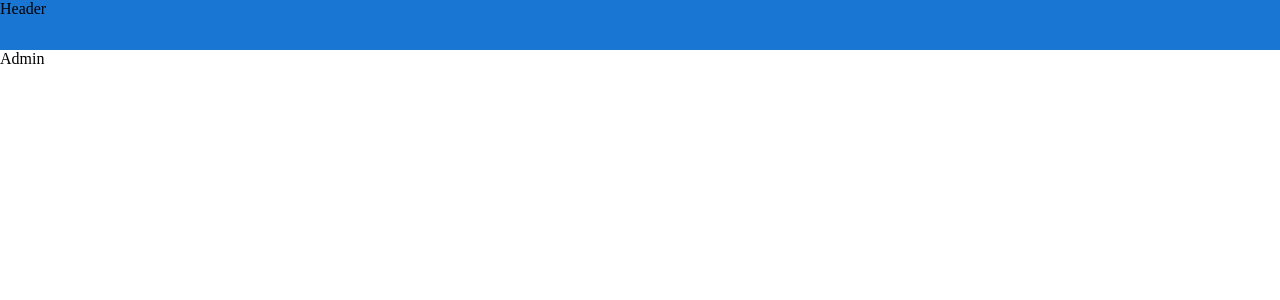
Repository: namphextra/portfolio
Page: /admin
The author's editor kept a copy of each file at every save. The page is drawn from the files as they stood at one save, then again after the next save.
The browser window is 1280 px wide. The pictures show the whole page.
The page's requests for data from a server got no answer. The project was rebuilt for these pictures with package versions that can differ from the ones it lists, and the page was loaded fresh each time. The framework's server and built-in components were replaced by stand-ins that run in the browser. No one was signed in, and anything a server would have sent is missing. Also part of the build but not shown: next.config.js.

Above is the page before, as saved 2023-02-14 16:20:41.

### src/app/layout.tsx
"use client";

import { SessionProvider } from "next-auth/react";
import { createTheme, ThemeProvider } from "@mui/material/styles";
import "./global.css";

const theme = createTheme({
  typography: {
    fontFamily: ["Poppins", "sans-serif"].join(","),
  },
});

export default function RootLayout({
  children,
}: {
  children: React.ReactNode;
}) {
  return (
    <html lang="en">
      {/*
        <head /> will contain the components returned by the nearest parent
        head.tsx. Find out more at https://beta.nextjs.org/docs/api-reference/file-conventions/head
      */}
      <head />
      <body>
        <ThemeProvider theme={theme}>
          <SessionProvider>{children}</SessionProvider>
        </ThemeProvider>
      </body>
    </html>
  );
}

### src/app/admin/layout.tsx
"use client";
import { css } from "@emotion/css";
import { styled } from "@mui/system";

export default function RootLayout({
  children,
}: {
  children: React.ReactNode;
}) {
  const Header = styled("header")(({ theme }) => ({
    backgroundColor: theme.palette.primary.main,
  }));
  return (
    <html lang="en">
      {/*
        <head /> will contain the components returned by the nearest parent
        head.tsx. Find out more at https://beta.nextjs.org/docs/api-reference/file-conventions/head
      */}
      <body
        className={css`
          margin: 0;
        `}
      >
        <Header
          className={css`
            width: 100%;
            height: 50px;
          `}
        >
          Header
        </Header>
        {children}
      </body>
    </html>
  );
}

### src/app/admin/page.tsx
"use client";
import Image from "next/image";
import { Button, Checkbox } from "@mui/material";
import { signIn, useSession, signOut } from "next-auth/react";
import { useState } from "react";

export default function Admin() {
  const { data: session } = useSession();
  const [showComponent, setShowComponent] = useState(false);
  return <div className="admin">Admin</div>;
}

### src/app/global.css
@import url('https://fonts.googleapis.com/css2?family=Poppins:wght@300&display=swap');
button {
  font-family: 'Poppins', sans-serif;
}

After the next save:
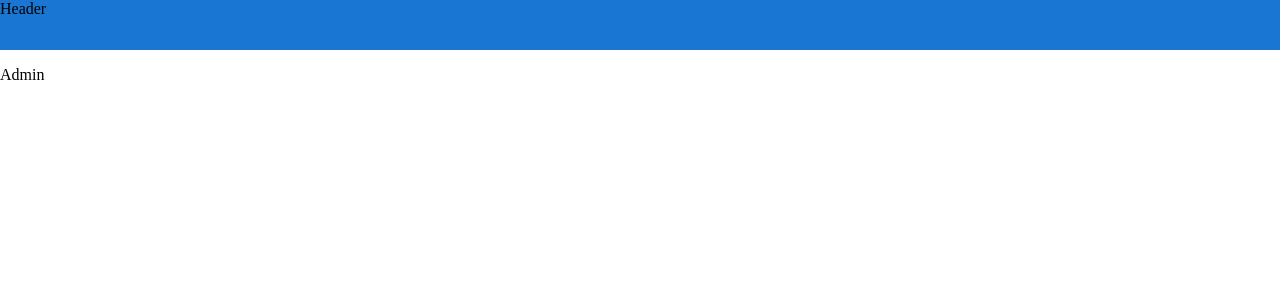
Saved 23 s later.
--- a/src/app/admin/page.tsx
+++ b/src/app/admin/page.tsx
@@ -1,11 +1,9 @@
 "use client";
-import Image from "next/image";
-import { Button, Checkbox } from "@mui/material";
-import { signIn, useSession, signOut } from "next-auth/react";
-import { useState } from "react";
 
 export default function Admin() {
-  const { data: session } = useSession();
-  const [showComponent, setShowComponent] = useState(false);
-  return <div className="admin">Admin</div>;
+  return (
+    <div className="admin">
+      <p>Admin</p>{" "}
+    </div>
+  );
 }
